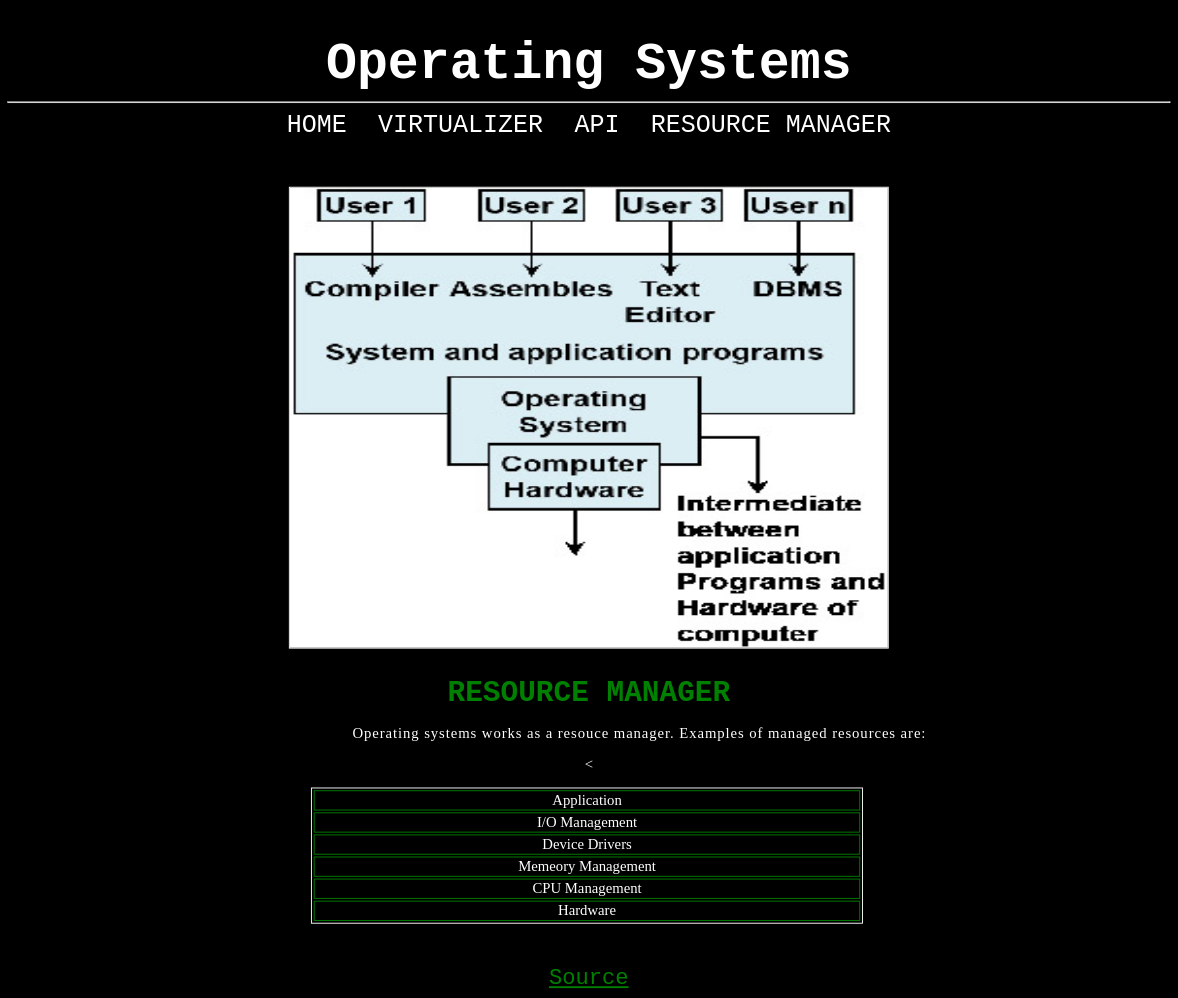
Repository: ctm93/website2
Page: http://localhost/page4.php
The author's editor kept a record of every edit. The page is drawn from the files as they stood at one moment, then again after the next edit.
The browser window is 1280 px wide. The pictures show the whole page, at 92% of full size.
Some web fonts or font styles are not loaded; a fallback is used. The page is run by PHP 8.4 with error messages shown; the project is at /var/www/html/.

Above is the page before.

After the next edit:
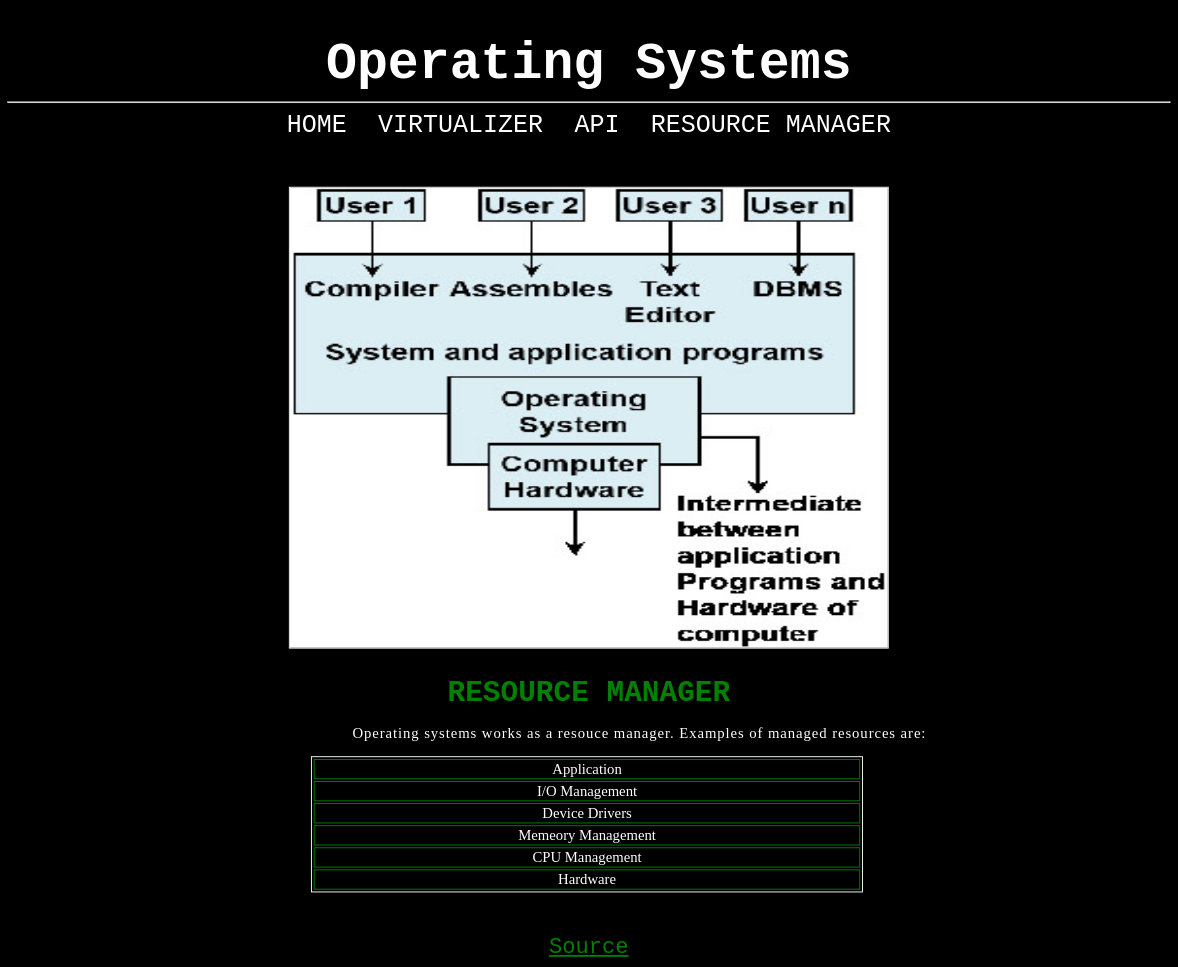
The edit:
--- a/page4.php
+++ b/page4.php
@@ -34,7 +34,7 @@
 
                 <p class ="p2">Operating systems works as a resouce manager. Examples of managed resources are:</p>
 
-            <<p class ="p3">
+            <p class ="p3">
                 <table>
                       <tr><td>Application</td></tr>
                       <tr><td>I/O Management</td></tr>
